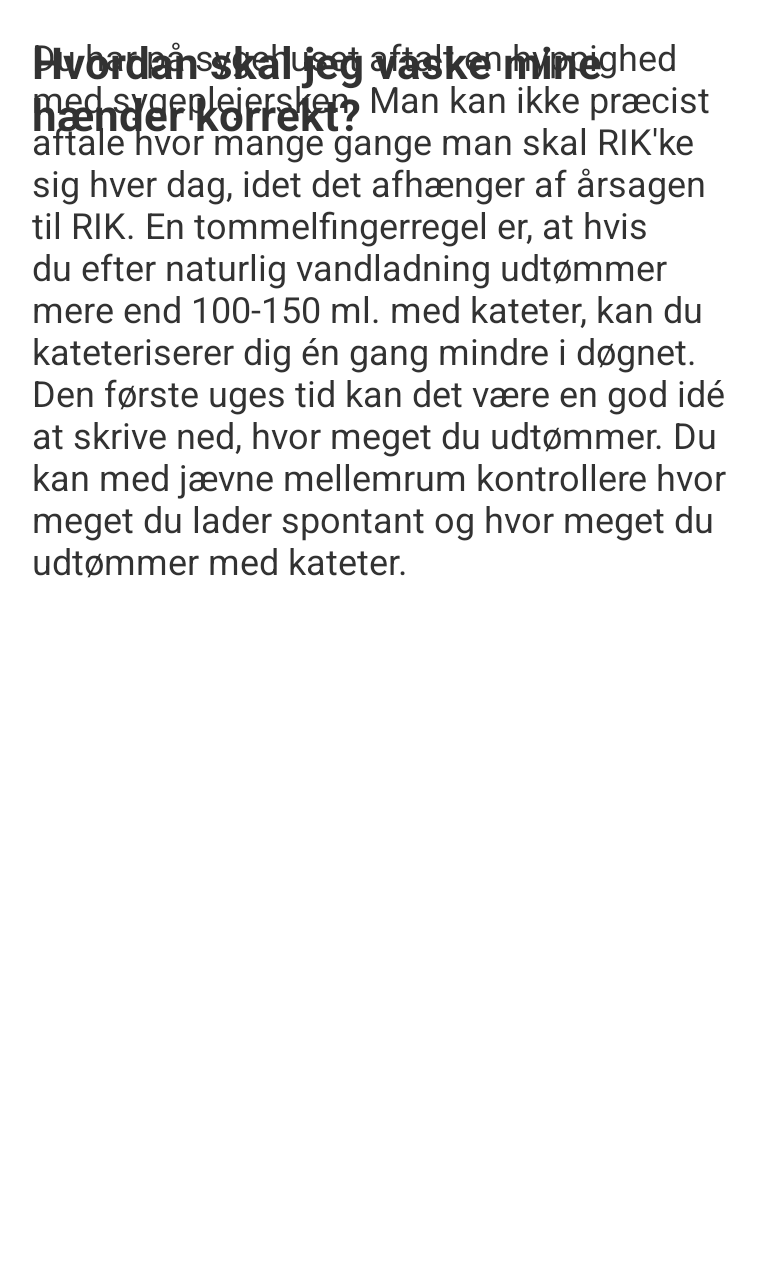
Repository: KingApollo/RIKapp2
Layout: RIKapp/res/layout/activity_how_wash_hands.xml
An editor plug-in stored every save of this project. The layout is shown before and after the next save, followed by the edit.
It is drawn on a 768 x 1280 px phone screen (xhdpi) without system bars, with theme android:Theme.Light.NoTitleBar; the app's code is not run.

Above is the layout before, as saved 2014-10-10 12:30:55.

After the next save:
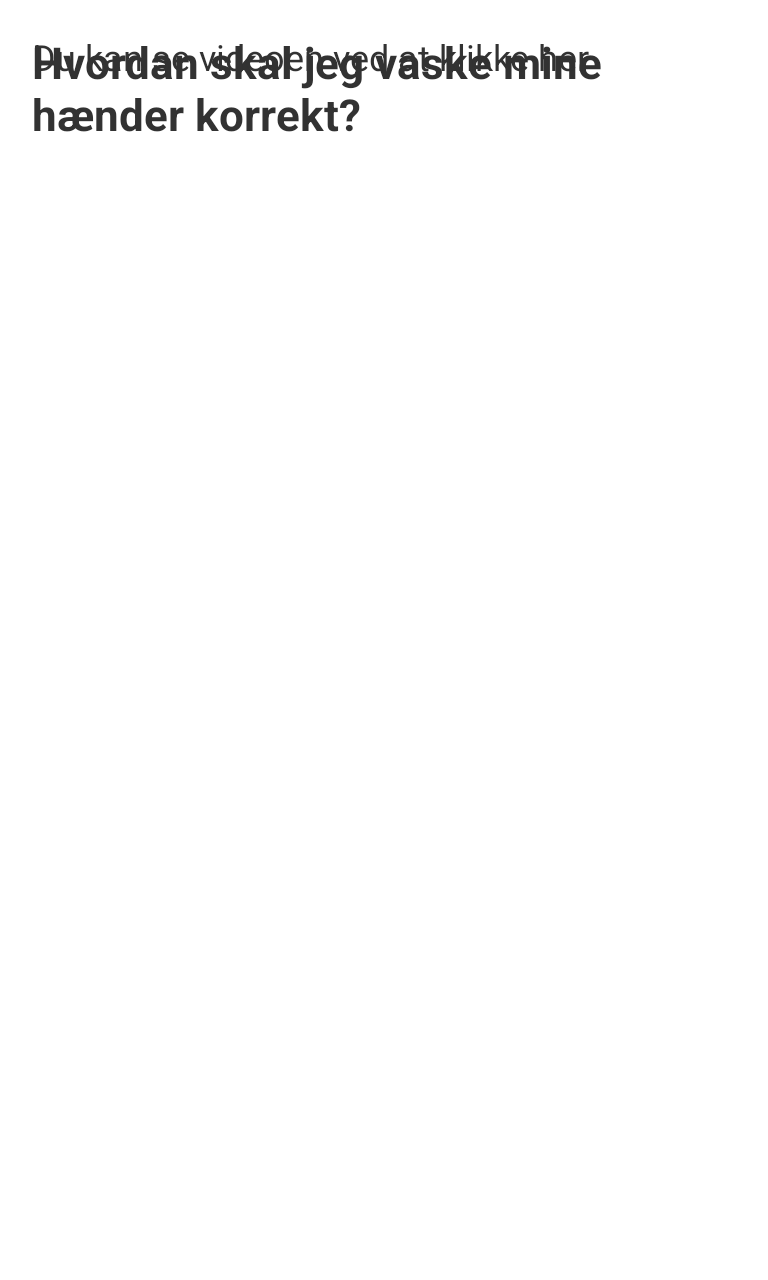
Saved 17 s later.
--- a/RIKapp/res/layout/activity_how_wash_hands.xml
+++ b/RIKapp/res/layout/activity_how_wash_hands.xml
@@ -21,7 +21,7 @@
     android:id="@+id/tvHowHandWashAnswer"
     android:layout_width="wrap_content"
     android:layout_height="wrap_content"
-    android:text="@string/howOftenAnswer"
+    android:text="@string/howHandWashAnswer"
     android:layout_below="@+id/tvHowOftenQuestion"
     android:textSize="18sp"
     />
